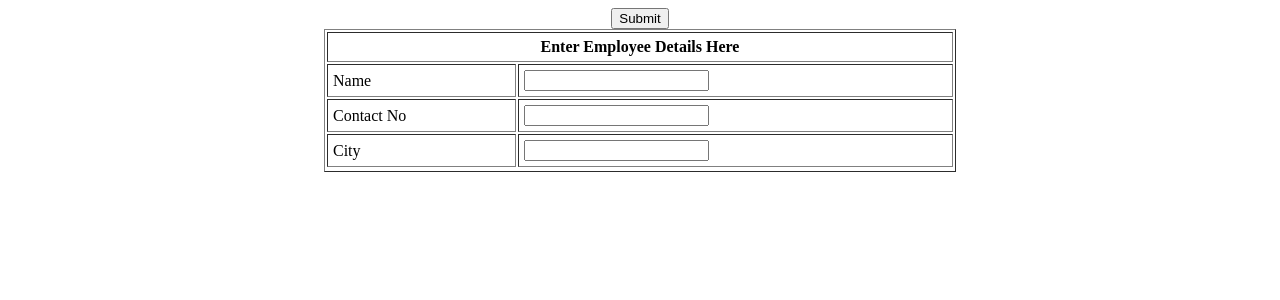
Repository: radhikasarda/RestEasyDemo
Page: http://localhost/RestDemo/
An editor plug-in stored every save of this project. The page is shown before and after the next save, followed by the edit.
The browser window is 1280 px wide. The pictures show the whole page.
The page is served by Tomcat 9. Nobody is signed in. The application's start-up code is not run. Other server files are loaded and not shown.

Above is the page before, as saved 2019-06-25 11:42:05.

### RestDemo/src/main/webapp/index.jsp
<%@ page language="java" contentType="text/html; charset=ISO-8859-1"
    pageEncoding="ISO-8859-1"%>
<!DOCTYPE html PUBLIC "-//W3C//DTD HTML 4.01 Transitional//EN" "http://www.w3.org/TR/html4/loose.dtd">
<html>
<head>
<meta http-equiv="Content-Type" content="text/html; charset=ISO-8859-1">
<title>CRUD OPERATIONS</title>
</head>
<body>


<form action="<%=request.getContextPath() %>/add" method="post" name="insertForm">
<center>
      <table border="1" width="50%" cellpadding="5">
      <thead>
                    <tr>
                        <th colspan="2">Enter Employee Details Here</th>
                    </tr>
        </thead>
        <tbody>
        <tr>
          <td>Name</td>
          <td><input type="text" name="name" required/></td>
        </tr>

        <tr>
          <td>Contact No</td>
          <td><input type="text" name="contact" maxlength="10" required/></td>
        </tr>

        <tr>
          <td>City</td>
          <td><input type="text" name="city" required/></td>
        </tr>
        <tr><input type="submit" value="Submit" name="button" /></tr>
        </tbody>
      </table>

      </center>
      </form>
</body>
</html>

After the next save:
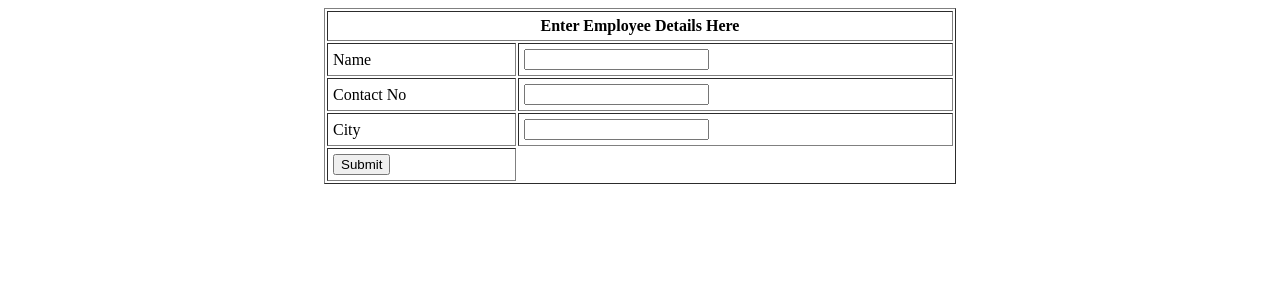
Saved 21 s later.
--- a/RestDemo/src/main/webapp/index.jsp
+++ b/RestDemo/src/main/webapp/index.jsp
@@ -32,7 +32,7 @@
           <td>City</td>
           <td><input type="text" name="city" required/></td>
         </tr>
-        <tr><input type="submit" value="Submit" name="button" /></tr>
+        <tr><td><input type="submit" value="Submit" name="button" /></td></tr>
         </tbody>
       </table>
 
